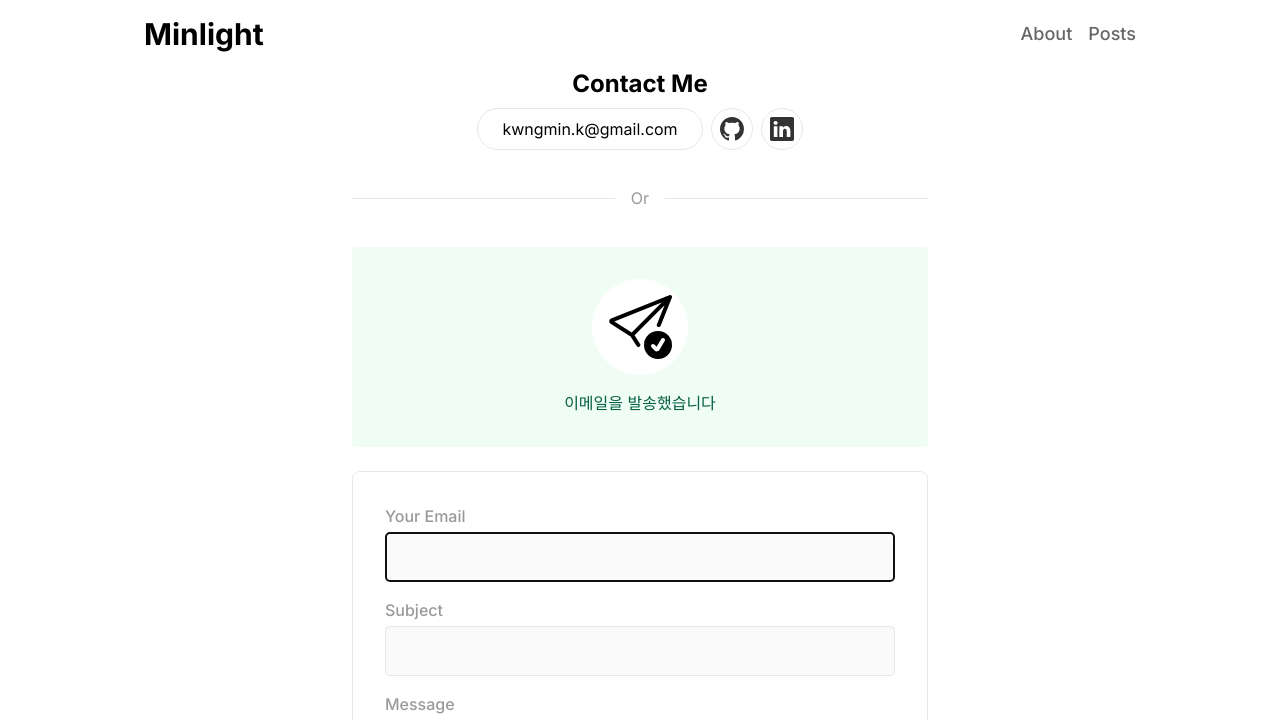
Repository: kwngmin/minlight-blog
Page: /contact
These files come from the project's save history. The page is drawn as it stood at one moment and after the next save; the edit follows.
The browser window is 1280 px wide. The pictures show the whole page.
An inner scrolling area shows only its first screen. The project was rebuilt for these pictures with package versions that can differ from the ones it lists, and the page was loaded fresh each time. The framework's server and built-in components were replaced by stand-ins that run in the browser. Also part of the build but not shown: next.config.js.

Above is the page before, as saved 2023-04-03 20:08:26.

After the next save:
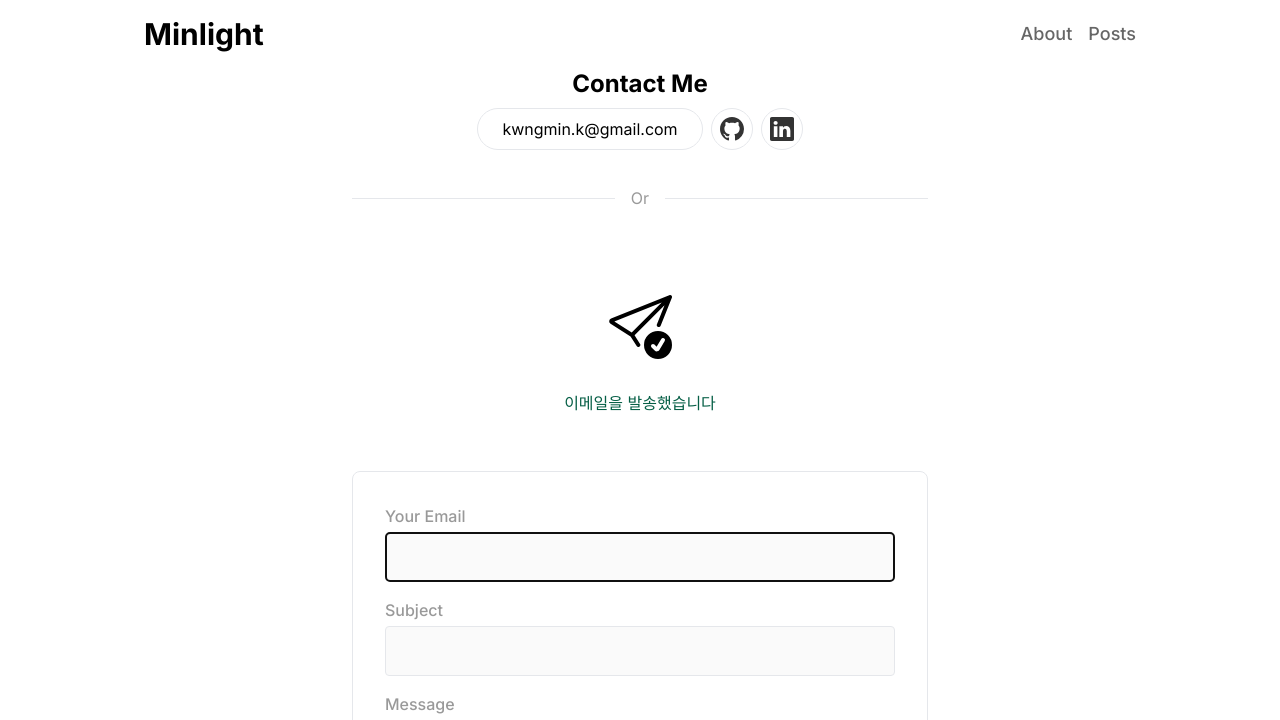
Saved 53 s later.
--- a/src/components/ContactForm.tsx
+++ b/src/components/ContactForm.tsx
@@ -40,7 +40,7 @@ export default function ContactForm() {
     <section className="w-full">
       {/* {banner && <Banner banner={banner} />}
        */}
-      <div className="bg-green-50 px-4 py-8 mb-6 rounded flex flex-col items-center text-emerald-800">
+      <div className="px-4 py-8 mb-6 rounded flex flex-col items-center text-emerald-800">
         <div className="rounded-full bg-white w-24 h-24 mb-4 flex justify-center items-center">
           <BsSendCheck size={64} className="text-black" />
         </div>
